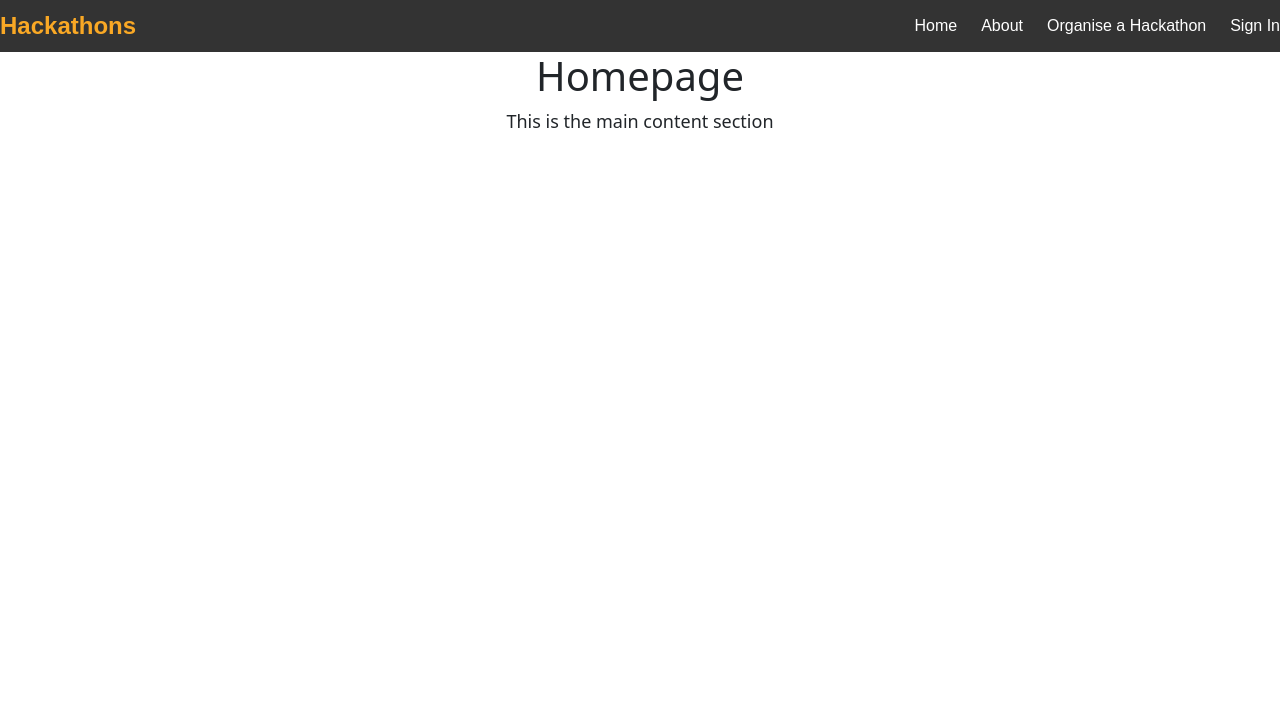
Repository: Ken-Kanike/RUBIX25_41_TECHTITANS
Page: / (app in backend/client/)
The author's editor kept a copy of each file at every save. The page is drawn from the files as they stood at one save, then again after the next save.
The browser window is 1280 px wide. The pictures show the whole page.
The project was rebuilt for these pictures with package versions that can differ from the ones it lists, and the page was loaded fresh each time. Also part of the build but not shown: backend/client/src/signin.css, backend/client/src/signin.js.

Above is the page before, as saved 2025-01-23 00:42:29.

### backend/client/public/index.html
<!DOCTYPE html>
<html lang="en">
  <head>
    <meta charset="utf-8" />
    <!-- <link rel="icon" href="%PUBLIC_URL%/favicon.ico" /> -->
    <meta name="viewport" content="width=device-width, initial-scale=1" />
    <meta name="theme-color" content="#000000" />
    <!-- <meta
      name="description"
      content="Web site created using create-react-app"
    />
    <link rel="apple-touch-icon" href="%PUBLIC_URL%/logo192.png" />

      manifest.json provides metadata used when your web app is installed on a
      user's mobile device or desktop. See https://developers.google.com/web/fundamentals/web-app-manifest/

    <link rel="manifest" href="%PUBLIC_URL%/manifest.json" /> -->

    <title>React App</title>
  </head>
  <body>
    <noscript>You need to enable JavaScript to run this app.</noscript>
    <div id="root"></div>

  </body>
</html>

### backend/client/src/App.js
import React from 'react';
import { BrowserRouter as Router, Route, Routes } from 'react-router-dom';
import Navbar from './navbar';
import HomePage from './homepage';
import SignInPage from './signin'; // Import SignInPage component

function App() {
  return (
    <Router>
      <Navbar /> {/* Navbar is outside of Routes */}
      <Routes>
        <Route path="/" element={<HomePage />} /> {/* HomePage route */}
        <Route path="/signin" element={<SignInPage />} /> {/* SignInPage route */}
      </Routes>
    </Router>
  );
}

export default App;

### backend/client/src/navbar.js
// src/Navbar.js
import React from 'react';
import { Link, useLocation } from 'react-router-dom'; // Import useLocation from react-router-dom
import './navbar.css'; // For styling

const Navbar = () => {
    const location = useLocation(); // Get the current route location

    return (
        <nav className="navbar">
            <div className="navbar-logo">Hackathons</div>
            <ul className="navbar-links">
                {/* Conditionally render navbar items based on the current route */}
                {location.pathname !== "/signin" && (
                    <li><Link to="/">Home</Link></li> // Show "Home" link except on the SignIn page
                )}
                <li><Link to="#about">About</Link></li>
                <li><Link to="#organise">Organise a Hackathon</Link></li>
                {location.pathname === "/signin" ? (
                    <li><Link to="/">Home</Link></li> // Show "Home" link on SignIn page
                ) : (
                    <li><Link to="/signin">Sign In</Link></li> // Show "Sign In" link on other pages
                )}
            </ul>
        </nav>
    );
};

export default Navbar;

### backend/client/src/homepage.js
import React from 'react';
import './homepage.css';

const HomePage = () => {
    return (
        <div>
            <h1>Homepage</h1>
            <p>This is the main content section</p>
        </div>
    );
};

export default HomePage;

### backend/client/src/navbar.css
/* src/Navbar.css */
.navbar {
    display: flex;
    justify-content: space-between;
    align-items: center;
    padding: 0.8rem 2rem;
    background-color: #333;
    color: white;
    font-family: Arial, sans-serif;
}

.navbar-logo {
    font-size: 1.5rem;
    font-weight: bold;
    color: #f9a825; /* Yellowish highlight */
}

.navbar-links {
    list-style: none;
    display: flex;
    gap: 1.5rem;
    margin: 0;
    padding: 0;
}

.navbar-links li {
    display: inline;
}

.navbar-links a {
    text-decoration: none;
    color: white;
    font-size: 1rem;
    transition: color 0.3s ease;
}

.navbar-links a:hover {
    color: #f9a825;
}

### backend/client/src/homepage.css
/* src/HomePage.css */
h1 {
    color: blue;
    text-align: center;
}
p {
    font-size: 18px;
    text-align: center;
}

Loaded but not shown: backend/client/src/index.js (common file); backend/client/src/index.css (common file); backend/client/src/reportWebVitals.js (common file)

After the next save:
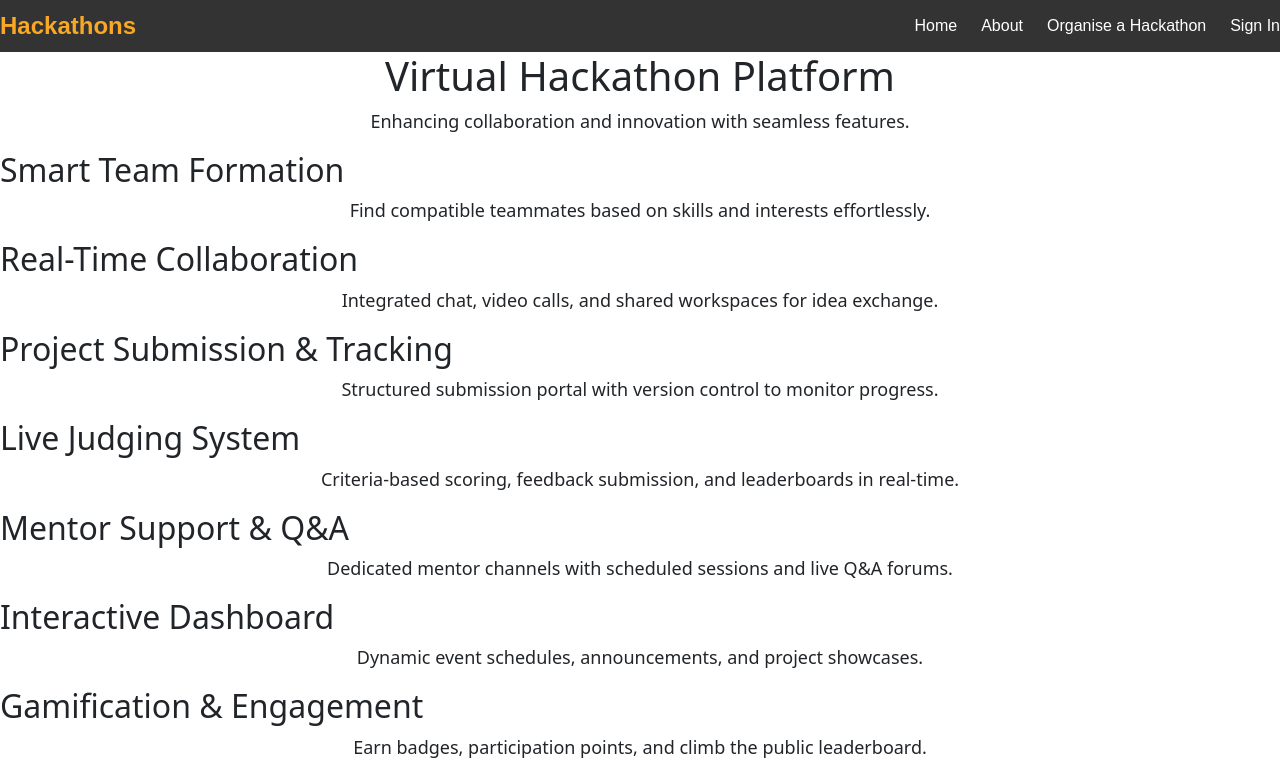
Saved 9 min 25 s later.
--- a/backend/client/src/homepage.js
+++ b/backend/client/src/homepage.js
@@ -3,9 +3,40 @@ import './homepage.css';
 
 const HomePage = () => {
     return (
-        <div>
-            <h1>Homepage</h1>
-            <p>This is the main content section</p>
+        <div className="homepage-container">
+            <h1>Virtual Hackathon Platform</h1>
+            <p>Enhancing collaboration and innovation with seamless features.</p>
+
+            <div className="features-section">
+                <div className="feature-box">
+                    <h2>Smart Team Formation</h2>
+                    <p>Find compatible teammates based on skills and interests effortlessly.</p>
+                </div>
+                <div className="feature-box">
+                    <h2>Real-Time Collaboration</h2>
+                    <p>Integrated chat, video calls, and shared workspaces for idea exchange.</p>
+                </div>
+                <div className="feature-box">
+                    <h2>Project Submission & Tracking</h2>
+                    <p>Structured submission portal with version control to monitor progress.</p>
+                </div>
+                <div className="feature-box">
+                    <h2>Live Judging System</h2>
+                    <p>Criteria-based scoring, feedback submission, and leaderboards in real-time.</p>
+                </div>
+                <div className="feature-box">
+                    <h2>Mentor Support & Q&A</h2>
+                    <p>Dedicated mentor channels with scheduled sessions and live Q&A forums.</p>
+                </div>
+                <div className="feature-box">
+                    <h2>Interactive Dashboard</h2>
+                    <p>Dynamic event schedules, announcements, and project showcases.</p>
+                </div>
+                <div className="feature-box">
+                    <h2>Gamification & Engagement</h2>
+                    <p>Earn badges, participation points, and climb the public leaderboard.</p>
+                </div>
+            </div>
         </div>
     );
 };
